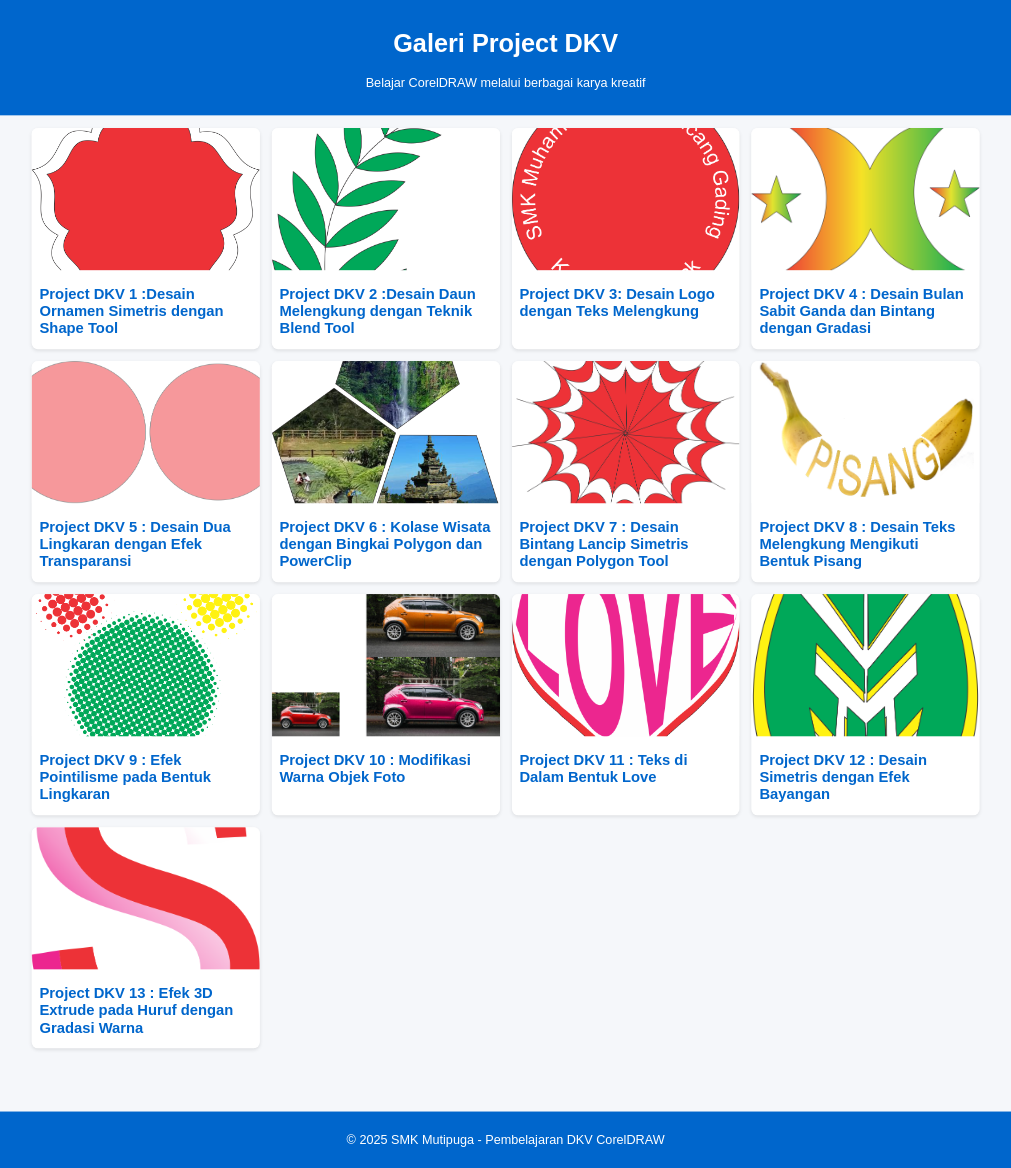
Repository: ppdbsmkmutipuga/galeriprojectdkvsmkmutipuga
Page: index.html
An editor plug-in stored every save of this project. The page is shown before and after a run of saves, followed by the edit.
The browser window is 1280 px wide. The pictures show the whole page, at 79% of full size.

Above is the page before, as saved 2025-08-14 05:59:11.
Console error: TypeError: Cannot read properties of null (reading 'addEventListener')

After the next 2 saves:
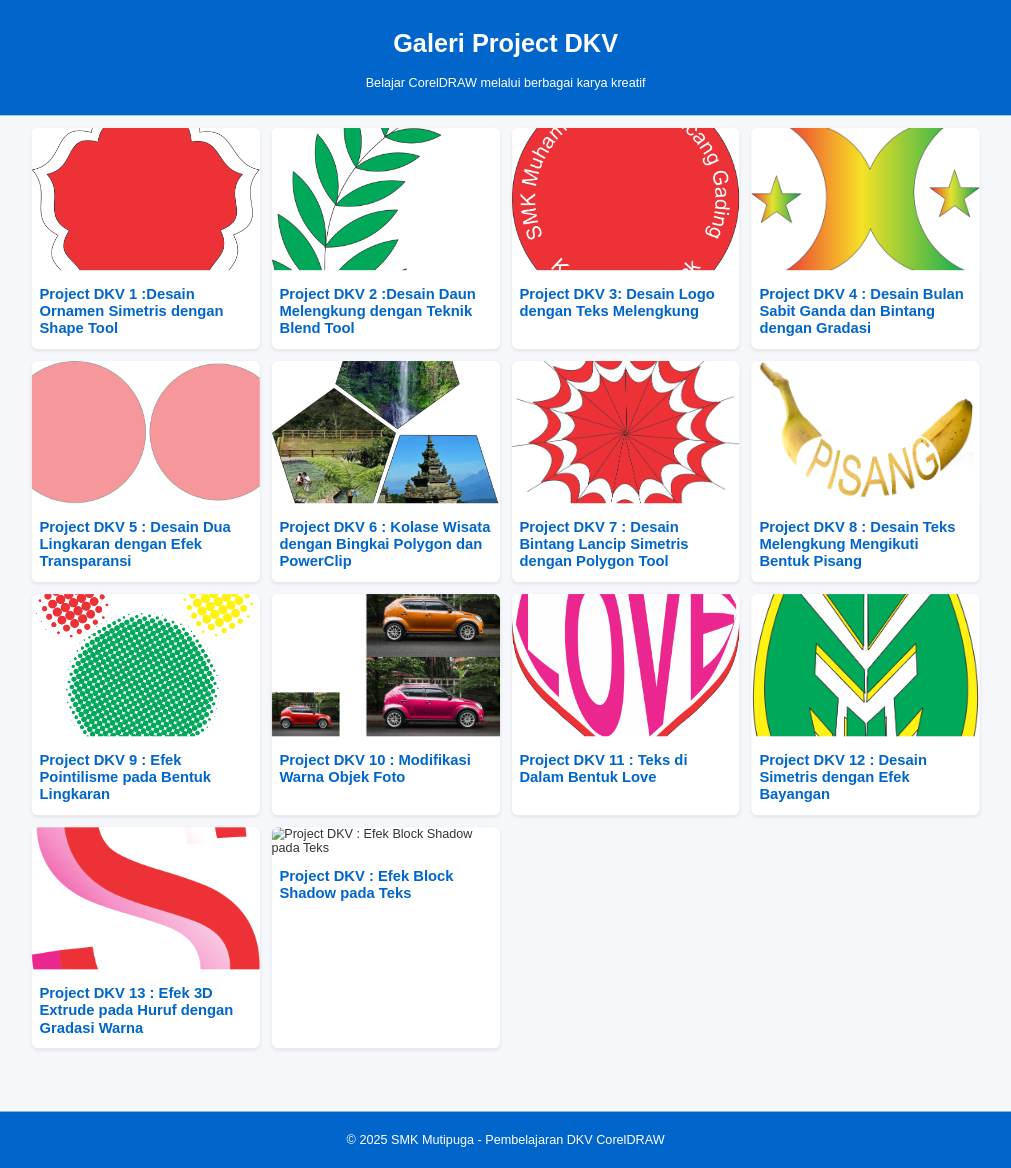
Not found: images/project_blockshadow.png
The 2 saves are shown as one change because they came seconds apart.
The last was saved 18 min 43 s later.
--- a/script.js
+++ b/script.js
@@ -249,6 +249,25 @@
             "Melatih keterampilan pewarnaan dan penggunaan gradasi untuk mempercantik tipografi"
         ]
     },
+    {
+        "title": "Project DKV : Efek Block Shadow pada Teks",
+        "image": "images/project_blockshadow.png",
+        "belajar": [
+            "Membuat teks 'SMK MUTIPUGA' di CorelDraw menggunakan Text Tool",
+            "Memilih efek Block Shadow pada teks",
+            "Menarik (drag) teks untuk mengatur panjang dan arah bayangan Block Shadow",
+            "Mengatur nilai expand pada Block Shadow agar terlihat proporsional",
+            "Mengubah warna huruf menjadi kuning cerah",
+            "Mengatur warna Block Shadow menjadi biru tua",
+            "Menyesuaikan posisi teks dan bayangan agar hasil terlihat rapi dan menarik"
+        ],
+        "tujuan": [
+            "Mempelajari penggunaan efek Block Shadow pada teks di CorelDraw",
+            "Menguasai teknik penyesuaian panjang, arah, dan warna bayangan",
+            "Melatih keterampilan tipografi untuk menghasilkan teks yang lebih menarik secara visual",
+            "Memahami perpaduan warna antara huruf dan bayangan untuk menciptakan kontras yang kuat"
+        ]
+    },
 ];
 
 // Tampilkan grid

After the 2 saves that followed:
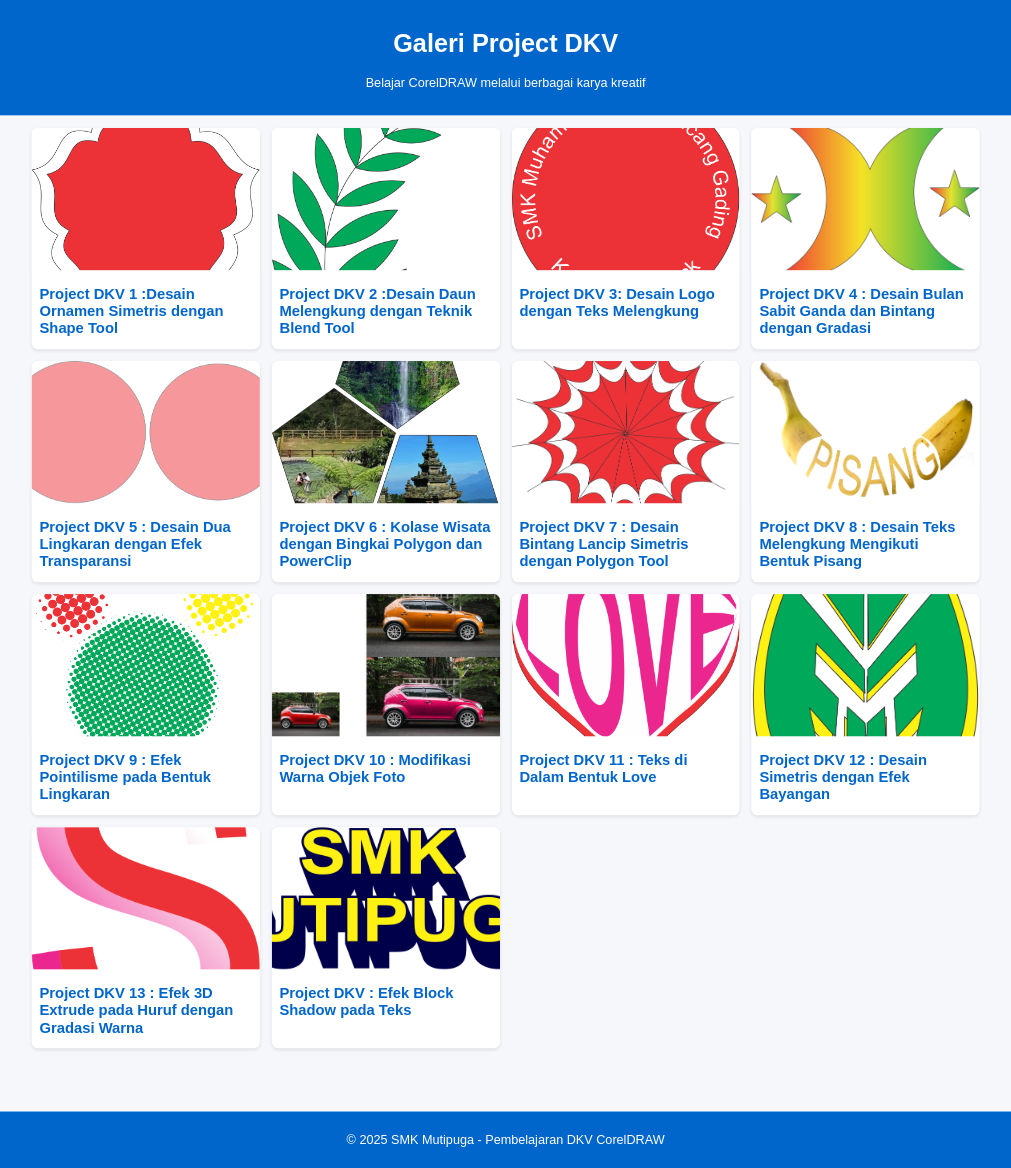
The 2 saves are shown as one change because they came seconds apart.
The last was saved 17 s later.
--- a/script.js
+++ b/script.js
@@ -251,7 +251,7 @@
     },
     {
         "title": "Project DKV : Efek Block Shadow pada Teks",
-        "image": "images/project_blockshadow.png",
+        "image": "images/project14dkv.png",
         "belajar": [
             "Membuat teks 'SMK MUTIPUGA' di CorelDraw menggunakan Text Tool",
             "Memilih efek Block Shadow pada teks",
